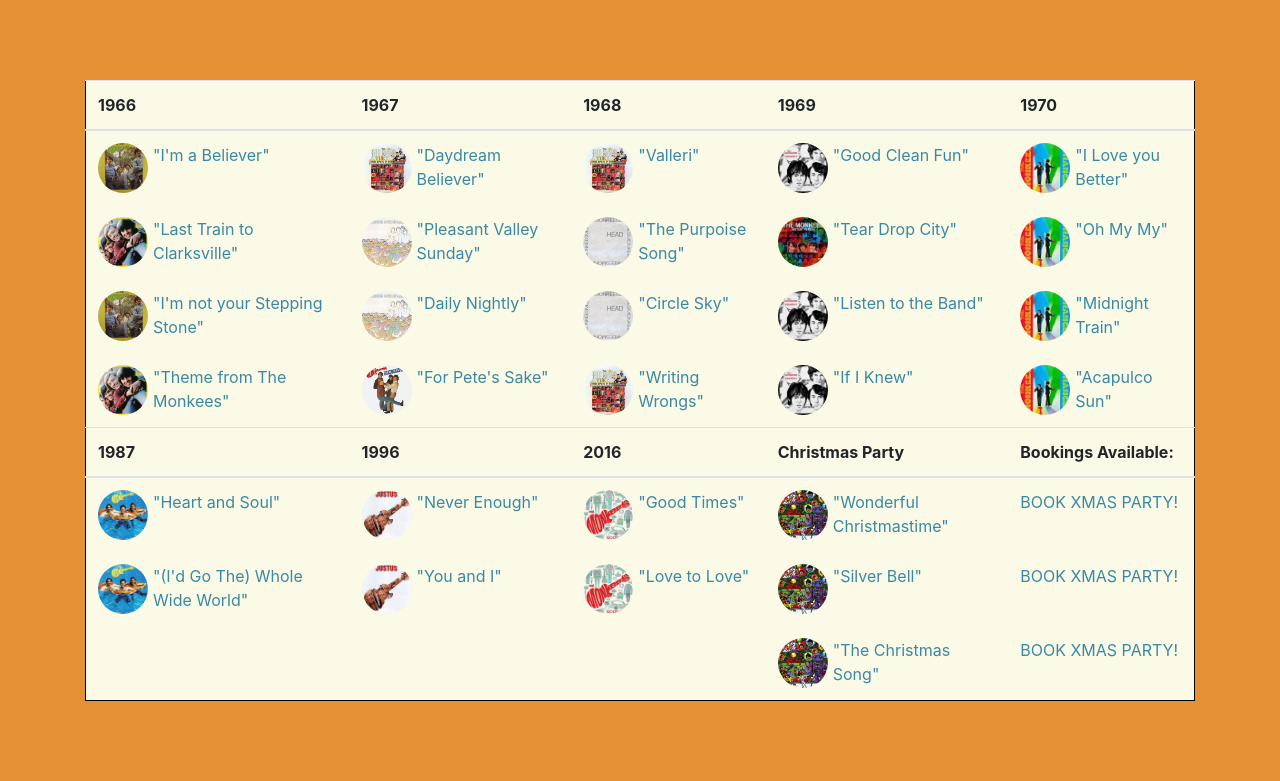
Repository: stu1612/Milestone-Project-Stu-Bolderson
Page: mock-content/content.html
The author's editor kept a record of every edit. The page is drawn from the files as they stood at one moment, then again after the next edit.
The browser window is 1280 px wide. The pictures show the whole page.
Some web libraries are served in a nearby version.

Above is the page before.

After the next edit:
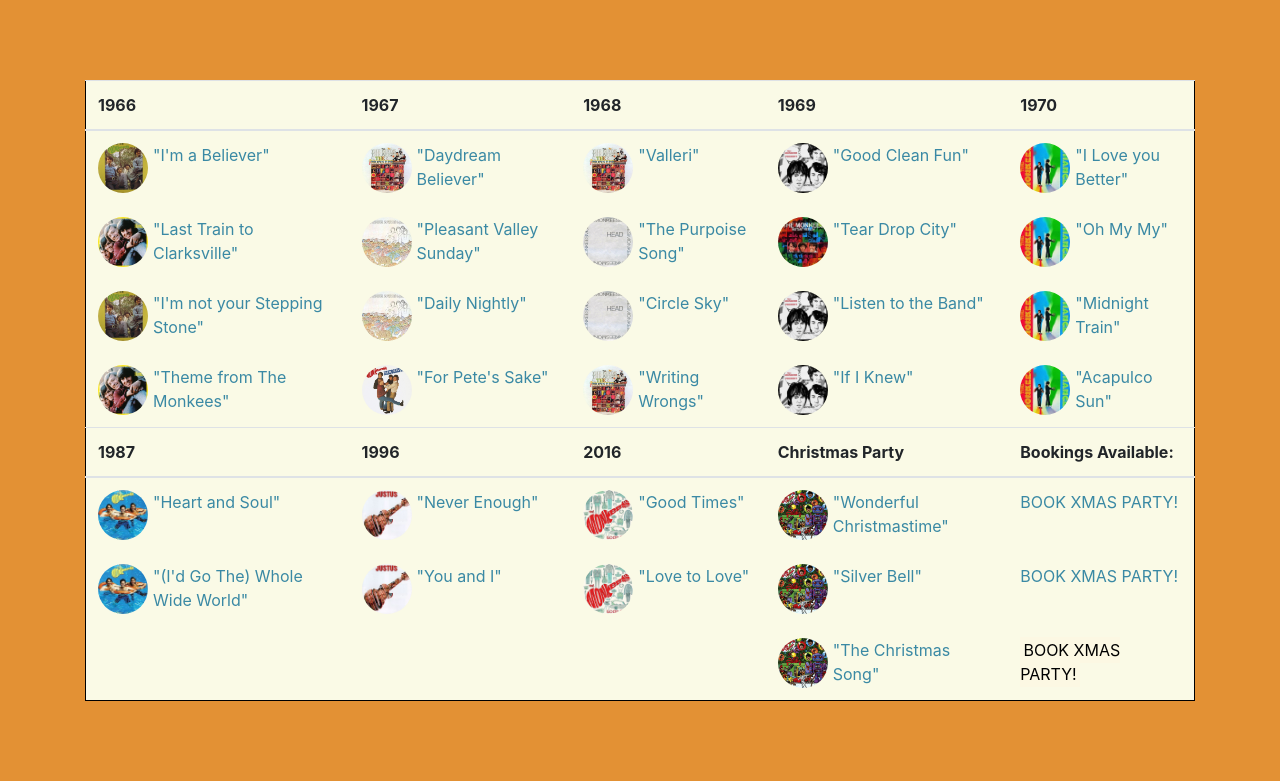
The edit:
--- a/mock-content/content.html
+++ b/mock-content/content.html
@@ -256,7 +256,7 @@
                           </td>
                           <td>
                               <div class="clearfix">
-                                  <a class="album-song" href="#0" > BOOK XMAS PARTY!</href>
+                                  <a class="album-song" href="#0" > <mark>BOOK XMAS PARTY!</mark></href>
                               </div>
                           </td>
                       </tr>
